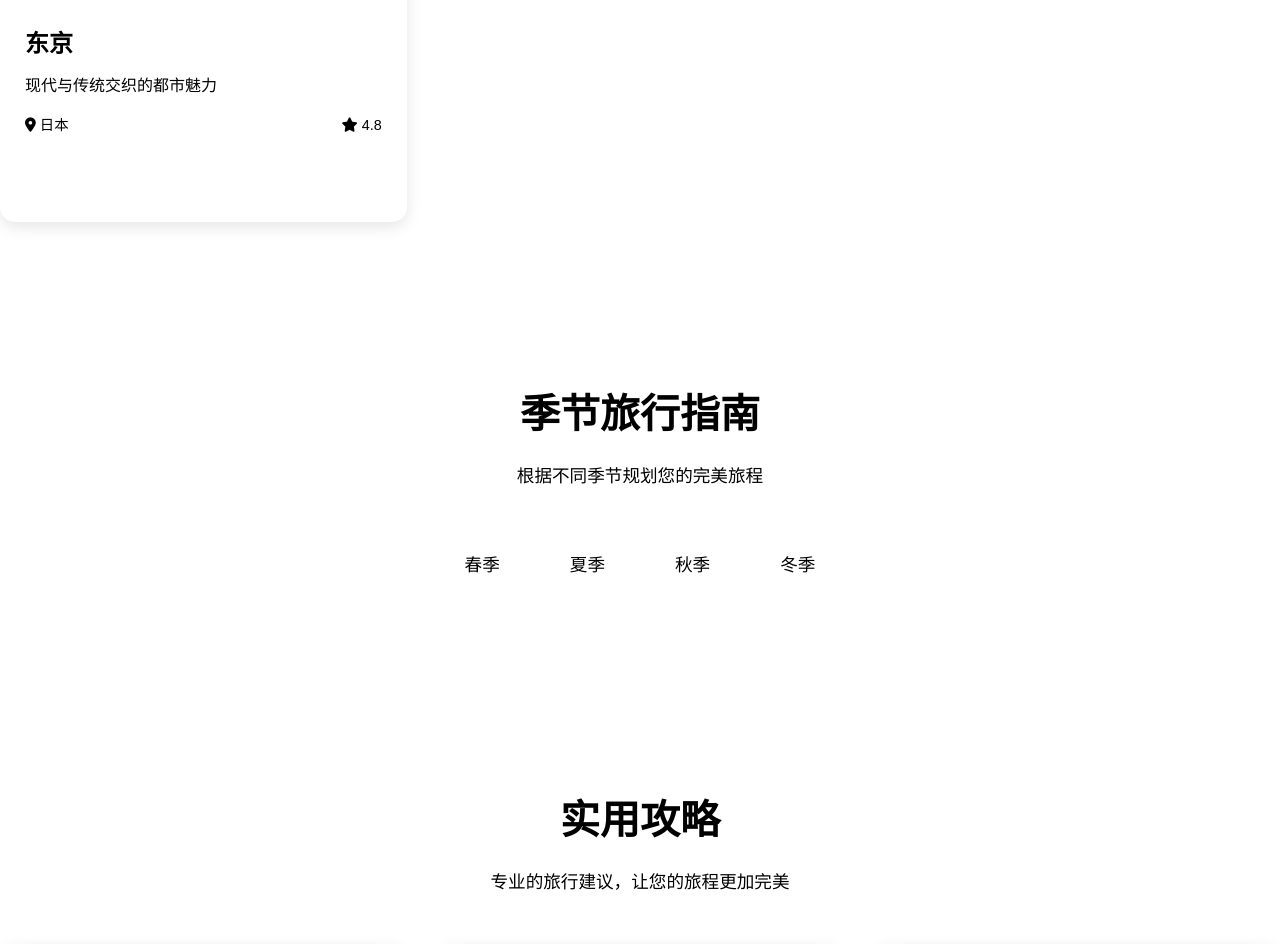
Repository: huang-heavenly-Emperor/travel_1
Page: pages/guide.html
The author's editor kept a copy of each file at every save. The page is drawn from the files as they stood at one save, then again after the next save.
The browser window is 1280 px wide. The pictures show the part of the page from y = 1211 to 2155 px (the page is 3055 px tall before and 3081 px after).
Pictures or frames that could not be fetched are drawn as grey boxes.

Above is the page before, as saved 2024-11-18 03:56:33.

### pages/guide.html
<!DOCTYPE html>
<html lang="zh">

<head>
  <meta charset="UTF-8">
  <title>旅游指南 - 环球旅行</title>
  <link rel="stylesheet" href="../css/style.css">
  <link rel="stylesheet" href="../css/guide.css">
  <link rel="stylesheet" href="https://cdnjs.cloudflare.com/ajax/libs/font-awesome/6.0.0/css/all.min.css">
</head>

<body>
    <!-- 导航栏 -->
    <nav class="main-nav">
      <div class="nav-logo">
          <h1>环球旅行</h1>
      </div>

      <!-- 汉堡菜单按钮 -->
      <div class="hamburger">
          <span></span>
          <span></span>
          <span></span>
      </div>

      <!-- 导航菜单 -->
      <div class="nav-menu">
          <ul class="nav-links">
              <li><a href="../index.html">首页</a></li>
              <li><a href="about.html">关于我们</a></li>
              <li><a href="guide.html" class="active">旅游指南</a></li>
          </ul>
          <div class="theme-switch">
            <button class="theme-toggle" aria-label="切换主题">
                <i class="fas fa-sun light-icon"></i>
                <i class="fas fa-moon dark-icon"></i>
            </button>
        </div>
          <div class="nav-auth">
              <a href="login.html" class="btn-login">登录</a>
              <a href="register.html" class="btn-register">注册</a>
          </div>
      </div>
  </nav>

  <!-- 页面头部 -->
  <header class="guide-header">
      <div class="header-content">
          <h1>旅游指南</h1>
          <p>探索世界每个角落的精彩</p>
      </div>
  </header>
  <!-- 主要内容 -->
  <main>
    <!-- 搜索区域 -->
    <section class="search-section">
      <div class="container">
        <div class="search-box">
          <input type="text" placeholder="搜索目的地、攻略、游记...">
          <button type="submit"><i class="fas fa-search"></i></button>
        </div>
        <div class="popular-tags">
          <span>热门搜索：</span>
          <a href="#">日本</a>
          <a href="#">泰国</a>
          <a href="#">马尔代夫</a>
          <a href="#">意大利</a>
        </div>
      </div>
    </section>

    <!-- 目的地推荐 -->
    <section class="destinations">
      <div class="container">
        <div class="section-header">
          <h2>热门目的地</h2>
          <p>发现最受欢迎的旅游胜</p>
        </div>
        <div class="destination-grid">
          <div class="destination-card">
            <div class="card-image">
              <img src="https://picsum.photos/400/300?random=1" alt="东京">
              <span class="destination-tag">亚洲</span>
            </div>
            <div class="card-content">
              <h3>东京</h3>
              <p>现代与传统交织的都市魅力</p>
              <div class="card-meta">
                <span><i class="fas fa-map-marker-alt"></i> 日本</span>
                <span><i class="fas fa-star"></i> 4.8</span>
              </div>
              <a href="#" class="btn-more">了解更多</a>
            </div>
          </div>
          <!-- 复制相同结构的卡片 -->
        </div>
      </div>
    </section>

    <!-- 季节推荐 -->
    <section class="seasonal-guides">
      <div class="container">
        <div class="section-header">
          <h2>季节旅行指南</h2>
          <p>根据不同季节规划您的完美旅程</p>
        </div>
        <div class="season-tabs">
          <button class="tab active" data-season="spring">春季</button>
          <button class="tab" data-season="summer">夏季</button>
          <button class="tab" data-season="autumn">秋季</button>
          <button class="tab" data-season="winter">冬季</button>
        </div>
        <div class="season-content active" id="spring">
          <!-- 春季推荐内容 -->
        </div>
      </div>
    </section>

    <!-- 实用攻略 -->
    <section class="travel-tips">
      <div class="container">
        <div class="section-header">
          <h2>实用攻略</h2>
          <p>专业的旅行建议，让您的旅程更加完美</p>
        </div>
        <div class="tips-grid">
          <article class="tip-card">
            <div class="tip-image">
              <img src="../assets/images/tips/preparation.jpg" alt="行前准备">
            </div>
            <div class="tip-content">
              <h3>行前准备指南</h3>
              <p>护照签证、行李打包、保险选择等详细建议</p>
              <a href="#" class="btn-more">查看详情</a>
            </div>
          </article>

          <article class="tip-card">
            <div class="tip-image">
              <img src="../assets/images/tips/budget.jpg" alt="旅行预算">
            </div>
            <div class="tip-content">
              <h3>旅行预算规划</h3>
              <p>机票住宿、餐饮购物、景点门票等费用参考</p>
              <a href="#" class="btn-more">查看详情</a>
            </div>
          </article>

          <article class="tip-card">
            <div class="tip-image">
              <img src="../assets/images/tips/photography.jpg" alt="旅行摄影">
            </div>
            <div class="tip-content">
              <h3>旅行摄影技巧</h3>
              <p>构图要领、设备选择、后期处理等专业建议</p>
              <a href="#" class="btn-more">查看详情</a>
            </div>
          </article>
        </div>
      </div>
    </section>
  </main>

    <!-- 页脚部分 -->
    <footer class="footer">
      <div class="footer-top">
          <div class="container">
              <div class="footer-grid">
                  <!-- 公司简介 -->
                  <div class="footer-company">
                      <h3>环球旅行</h3>
                      <p>专业的旅游服务提供商，致力于为您打造完美的旅行体验。</p>
                      <div class="social-links">
                          <a href="#"><i class="fab fa-weixin"></i></a>
                          <a href="#"><i class="fab fa-weibo"></i></a>
                          <a href="#"><i class="fab fa-qq"></i></a>
                          <a href="#"><i class="fab fa-instagram"></i></a>
                      </div>
                  </div>

                  <!-- 快速链接 -->
                  <div class="footer-links">
                      <h3>快速链接</h3>
                      <ul>
                          <li><a href="pages/about.html">关于我们</a></li>
                          <li><a href="pages/destinations.html">目的地</a></li>
                          <li><a href="pages/travel-tips.html">旅游攻略</a></li>
                          <li><a href="pages/contact.html">联系我们</a></li>
                      </ul>
                  </div>

                  <!-- 热门目的地 -->
                  <div class="footer-destinations">
                      <h3>热门目的地</h3>
                      <ul>
                          <li><a href="#">巴黎</a></li>
                          <li><a href="#">东京</a></li>
                          <li><a href="#">圣托里尼</a></li>
                          <li><a href="#">马尔代夫</a></li>
                      </ul>
                  </div>

                  <!-- 联系方式 -->
                  <div class="footer-contact">
                      <h3>联系我们</h3>
                      <ul>
                          <li><i class="fas fa-phone"></i> 400-888-8888</li>
                          <li><i class="fas fa-envelope"></i> service@globaltravel.com</li>
                          <li><i class="fas fa-map-marker-alt"></i> 北京市朝阳区xxx街xxx号</li>
                      </ul>
                  </div>
              </div>
          </div>
      </div>


  </footer>

  <script src="../js/guide.js"></script>
</body>

</html>

### css/guide.css
/* 页面头部样式 */
.guide-header {
    height: 60vh;
    background: linear-gradient(rgba(0,0,0,0.5), rgba(0,0,0,0.5)),
                url('https://picsum.photos/1920/1080?random=1');
    background-size: cover;
    background-position: center;
    display: flex;
    align-items: center;
    justify-content: center;
    text-align: center;
    color: #fff;
    margin-top: 80px;
}

.header-content h1 {
    font-size: 3rem;
    margin-bottom: 1rem;
    animation: fadeInDown 1s ease;
}

.header-content p {
    font-size: 1.2rem;
    animation: fadeInUp 1s ease;
}

/* 区块通用样式 */
section {
    padding: 5rem 0;
}

section:nth-child(even) {
    background: var(--bg-secondary);
}

.section-header {
    text-align: center;
    margin-bottom: 3rem;
}

.section-header h2 {
    font-size: 2.5rem;
    color: var(--text-primary);
    margin-bottom: 1rem;
}

.section-header p {
    color: var(--text-secondary);
    font-size: 1.1rem;
}

/* 搜索区域样式 */
.search-section {
    background: linear-gradient(rgba(0,0,0,0.6), rgba(0,0,0,0.6)),
                url('https://picsum.photos/1920/400?random=2');
    background-size: cover;
    background-position: center;
    padding: 3rem 0;
    color: white;
}

.search-box {
    max-width: 800px;
    margin: 0 auto;
    display: flex;
    gap: 15px;
    padding: 0 20px;
}

.search-box input {
    flex: 1;
    padding: 15px 25px;
    border: none;
    border-radius: 30px;
    font-size: 1.1rem;
    box-shadow: 0 2px 10px rgba(0,0,0,0.1);
}

.search-box button {
    padding: 0 35px;
    background: var(--primary-color);
    color: white;
    border: none;
    border-radius: 30px;
    font-size: 1.1rem;
    cursor: pointer;
    transition: all 0.3s ease;
}

.search-box button:hover {
    background: var(--primary-dark);
    transform: translateY(-2px);
}

.popular-tags {
    text-align: center;
    margin-top: 20px;
}

.popular-tags span {
    color: rgba(255,255,255,0.8);
}

.popular-tags a {
    display: inline-block;
    padding: 5px 15px;
    margin: 5px;
    background: rgba(255,255,255,0.2);
    border-radius: 20px;
    color: white;
    text-decoration: none;
    transition: all 0.3s ease;
}

.popular-tags a:hover {
    background: rgba(255,255,255,0.3);
    transform: translateY(-2px);
}

/* 目的地卡片样式 */
.destination-grid {
    display: grid;
    grid-template-columns: repeat(3, 1fr);
    gap: 30px;
    margin-top: 40px;
}

.destination-card {
    background: white;
    border-radius: 15px;
    overflow: hidden;
    box-shadow: 0 5px 15px rgba(0,0,0,0.1);
    transition: all 0.3s ease;
}

.card-image {
    position: relative;
    height: 250px;
    overflow: hidden;
}

.card-image img {
    width: 100%;
    height: 100%;
    object-fit: cover;
    transition: transform 0.3s ease;
}

.destination-card:hover .card-image img {
    transform: scale(1.1);
}

.destination-tag {
    position: absolute;
    top: 20px;
    right: 20px;
    padding: 8px 20px;
    background: rgba(255,255,255,0.9);
    border-radius: 20px;
    font-size: 0.9rem;
    font-weight: 500;
    color: var(--primary-color);
}

.card-content {
    padding: 25px;
}

.card-content h3 {
    font-size: 1.5rem;
    margin-bottom: 10px;
    color: var(--text-primary);
}

.card-content p {
    color: var(--text-secondary);
    margin-bottom: 15px;
    line-height: 1.6;
}

.card-meta {
    display: flex;
    justify-content: space-between;
    color: var(--text-secondary);
    font-size: 0.9rem;
    margin-bottom: 15px;
}

/* 季节标签页样式 */
.season-tabs {
    display: flex;
    justify-content: center;
    gap: 10px;
    margin: 40px 0;
}

.tab {
    padding: 12px 30px;
    border: none;
    background: none;
    font-size: 1.1rem;
    color: var(--text-secondary);
    cursor: pointer;
    position: relative;
    transition: all 0.3s ease;
}

.tab::after {
    content: '';
    position: absolute;
    bottom: -2px;
    left: 0;
    width: 100%;
    height: 2px;
    background: var(--primary-color);
    transform: scaleX(0);
    transition: transform 0.3s ease;
}

.tab.active {
    color: var(--primary-color);
}

.tab.active::after {
    transform: scaleX(1);
}

/* 实用攻略样式 */
.tips-grid {
    display: grid;
    grid-template-columns: repeat(3, 1fr);
    gap: 30px;
    margin-top: 40px;
}

.tip-card {
    background: white;
    border-radius: 15px;
    overflow: hidden;
    box-shadow: 0 5px 15px rgba(0,0,0,0.1);
    transition: all 0.3s ease;
}

.tip-image {
    height: 200px;
    overflow: hidden;
}

.tip-image img {
    width: 100%;
    height: 100%;
    object-fit: cover;
    transition: transform 0.3s ease;
}

.tip-card:hover .tip-image img {
    transform: scale(1.1);
}

.tip-content {
    padding: 25px;
}

.tip-content h3 {
    font-size: 1.3rem;
    margin-bottom: 10px;
    color: var(--text-primary);
}

.tip-content p {
    color: var(--text-secondary);
    margin-bottom: 20px;
    line-height: 1.6;
}

/* 响应式调整 */
@media (max-width: 1024px) {
    .destination-grid,
    .tips-grid {
        grid-template-columns: repeat(2, 1fr);
    }
}

@media (max-width: 768px) {
    .search-box {
        flex-direction: column;
    }

    .destination-grid,
    .tips-grid {
        grid-template-columns: 1fr;
    }

    .season-tabs {
        flex-wrap: wrap;
    }

    .tab {
        padding: 10px 20px;
    }
}

/* 季节内容样式 */
.season-grid {
    display: grid;
    grid-template-columns: repeat(2, 1fr);
    gap: 30px;
    margin-top: 30px;
}

.season-item {
    position: relative;
    border-radius: 15px;
    overflow: hidden;
    box-shadow: 0 5px 15px rgba(0,0,0,0.1);
}

.season-item img {
    width: 100%;
    height: 300px;
    object-fit: cover;
    transition: transform 0.3s ease;
}

.season-info {
    position: absolute;
    bottom: 0;
    left: 0;
    right: 0;
    padding: 20px;
    background: linear-gradient(transparent, rgba(0,0,0,0.8));
    color: white;
}

.season-info h3 {
    font-size: 1.3rem;
    margin-bottom: 10px;
}

.season-info p {
    font-size: 0.9rem;
    margin-bottom: 15px;
    opacity: 0.9;
}

/* 统一按钮样式 */
.btn-more {
    display: inline-block;
    padding: 10px 25px;
    background: var(--primary-color);
    color: white;
    text-decoration: none;
    border-radius: 25px;
    transition: all 0.3s ease;
}

.btn-more:hover {
    background: var(--primary-dark);
    transform: translateY(-2px);
}

/* 响应式优化 */
@media (max-width: 1024px) {
    .season-grid {
        grid-template-columns: 1fr;
    }
}

Loaded but not shown: js/guide.js (30 lines, source omitted); css/style.css (896 lines, source omitted)

After the next save:
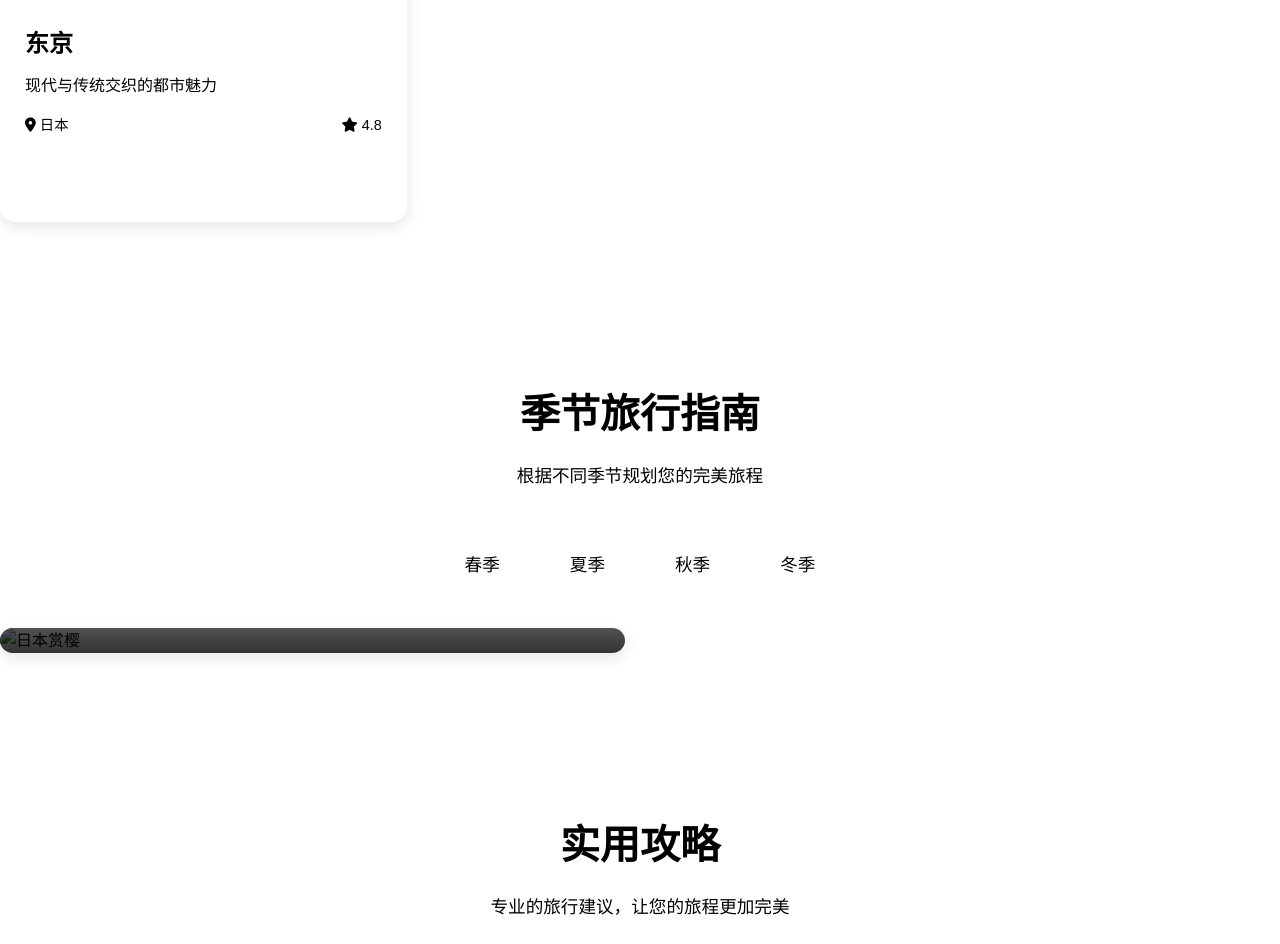
Not found: assets/images/seasons/spring-japan.jpg
Saved 11 s later.
--- a/pages/guide.html
+++ b/pages/guide.html
@@ -111,7 +111,17 @@
           <button class="tab" data-season="winter">冬季</button>
         </div>
         <div class="season-content active" id="spring">
-          <!-- 春季推荐内容 -->
+          <div class="season-grid">
+            <div class="season-item">
+              <img src="../assets/images/seasons/spring-japan.jpg" alt="日本赏樱">
+              <div class="season-info">
+                <h3>日本赏樱之旅</h3>
+                <p>3-4月是日本樱花盛开的季节，推荐东京、京都、大阪等地</p>
+                <a href="#" class="btn-more">查看行程</a>
+              </div>
+            </div>
+            <!-- 添加更多春季推荐 -->
+          </div>
         </div>
       </div>
     </section>
